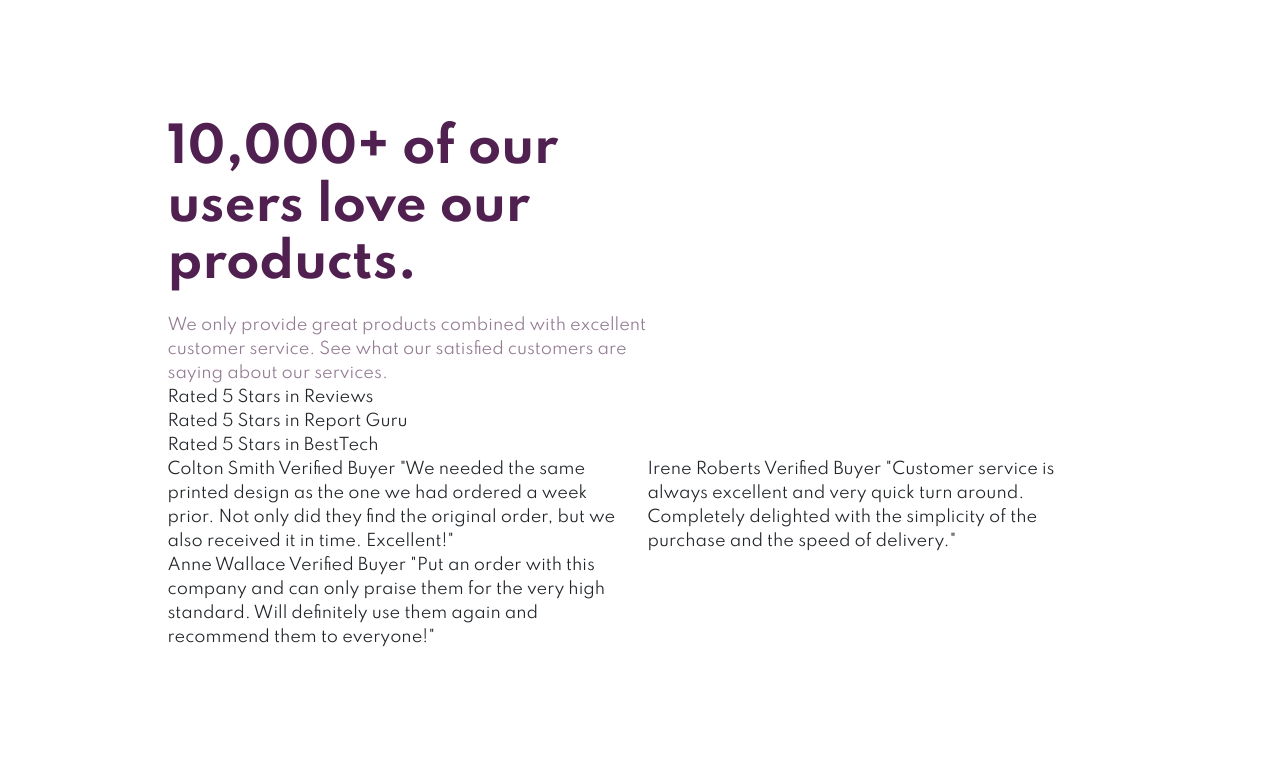
Repository: metehankasapp/social-proof-section-master
Page: index.html
An editor plug-in stored every save of this project. The page is shown before and after the next save, followed by the edit.
The browser window is 1280 px wide. The pictures show the whole page.
Some web libraries are served in a nearby version.

Above is the page before, as saved 2021-12-05 08:00:53.

### index.html
<!DOCTYPE html>
<html lang="en">

<head>
  <meta charset="UTF-8" />
  <meta name="viewport" content="width=device-width, initial-scale=1.0" />


  <title>Frontend Mentor | Social proof section</title>
  <link rel="preconnect" href="https://fonts.googleapis.com">
<link rel="preconnect" href="https://fonts.gstatic.com" crossorigin>
<link href="https://fonts.googleapis.com/css2?family=Spartan:wght@100;200;300;400;500;600;700;800;900&display=swap" rel="stylesheet">
  <link href="https://cdn.jsdelivr.net/npm/bootstrap@5.1.3/dist/css/bootstrap.min.css" rel="stylesheet"
    integrity="sha384-1BmE4kWBq78iYhFldvKuhfTAU6auU8tT94WrHftjDbrCEXSU1oBoqyl2QvZ6jIW3" crossorigin="anonymous">
  <link rel="stylesheet" href="style.css">
</head>

<body>
  <div class="main-ctr">
    <div class="w-100 row p-0 m-0">
      <div class="col-12 col-lg-6 header-area">
        <div class="header-purple">
          <h5>10,000+ of our users love our products.</h5>
        </div>

        <p class="m-0 header-text">
          We only provide great products combined with excellent customer service.
          See what our satisfied customers are saying about our services.
        </p>
      </div>

      <div class="col-12 col-lg-6">
        <div class="rate-container">
          Rated 5 Stars in Reviews
        </div>
        <div class="rate-container">
          Rated 5 Stars in Report Guru
        </div>
        <div class="rate-container">
          Rated 5 Stars in BestTech
        </div>
      </div>
    </div>

    <div class="w-100 row m-0 p-0 ">
      <div class="card-item col-12 col-lg-6">
        Colton Smith
        Verified Buyer
        "We needed the same printed design as the one we had ordered a week prior.
        Not only did they find the original order, but we also received it in time.
        Excellent!"
      </div>
      <div class="card-item col-12 col-lg-6">

        Irene Roberts
        Verified Buyer
        "Customer service is always excellent and very quick turn around. Completely
        delighted with the simplicity of the purchase and the speed of delivery."
      </div>
      <div class="card-item col-12 col-lg-6">

        Anne Wallace
        Verified Buyer
        "Put an order with this company and can only praise them for the very high
        standard. Will definitely use them again and recommend them to everyone!"
      </div>
    </div>
  </div>

  <script src="https://cdn.jsdelivr.net/npm/bootstrap@5.1.3/dist/js/bootstrap.bundle.min.js"
    integrity="sha384-ka7Sk0Gln4gmtz2MlQnikT1wXgYsOg+OMhuP+IlRH9sENBO0LRn5q+8nbTov4+1p" crossorigin="anonymous">
  </script>
  <script src="https://cdn.jsdelivr.net/npm/@popperjs/core@2.10.2/dist/umd/popper.min.js"
    integrity="sha384-7+zCNj/IqJ95wo16oMtfsKbZ9ccEh31eOz1HGyDuCQ6wgnyJNSYdrPa03rtR1zdB" crossorigin="anonymous">
  </script>
  <script src="https://cdn.jsdelivr.net/npm/bootstrap@5.1.3/dist/js/bootstrap.min.js"
    integrity="sha384-QJHtvGhmr9XOIpI6YVutG+2QOK9T+ZnN4kzFN1RtK3zEFEIsxhlmWl5/YESvpZ13" crossorigin="anonymous">
  </script>
</body>

</html>

### style.css
*{
    margin: 0;
    padding: 0;
    box-sizing: border-box;
}


html{
    font-size: 10px;
}

body{
    height: 100vh;
    font-size: 1.6rem;
    font-family: 'Spartan', sans-serif;
}

.main-ctr{
    padding: 12rem 16rem;
}

.header-area{
    width: 500px;
}
.header-purple h5{
    font-weight: 700;
    font-size: 48px;
    color: hsl(300, 43%, 22%);
    margin-bottom: 2rem;
}

.header-text{

    font-size: 16px;
    color: hsl(303, 10%, 53%);
}

After the next save:
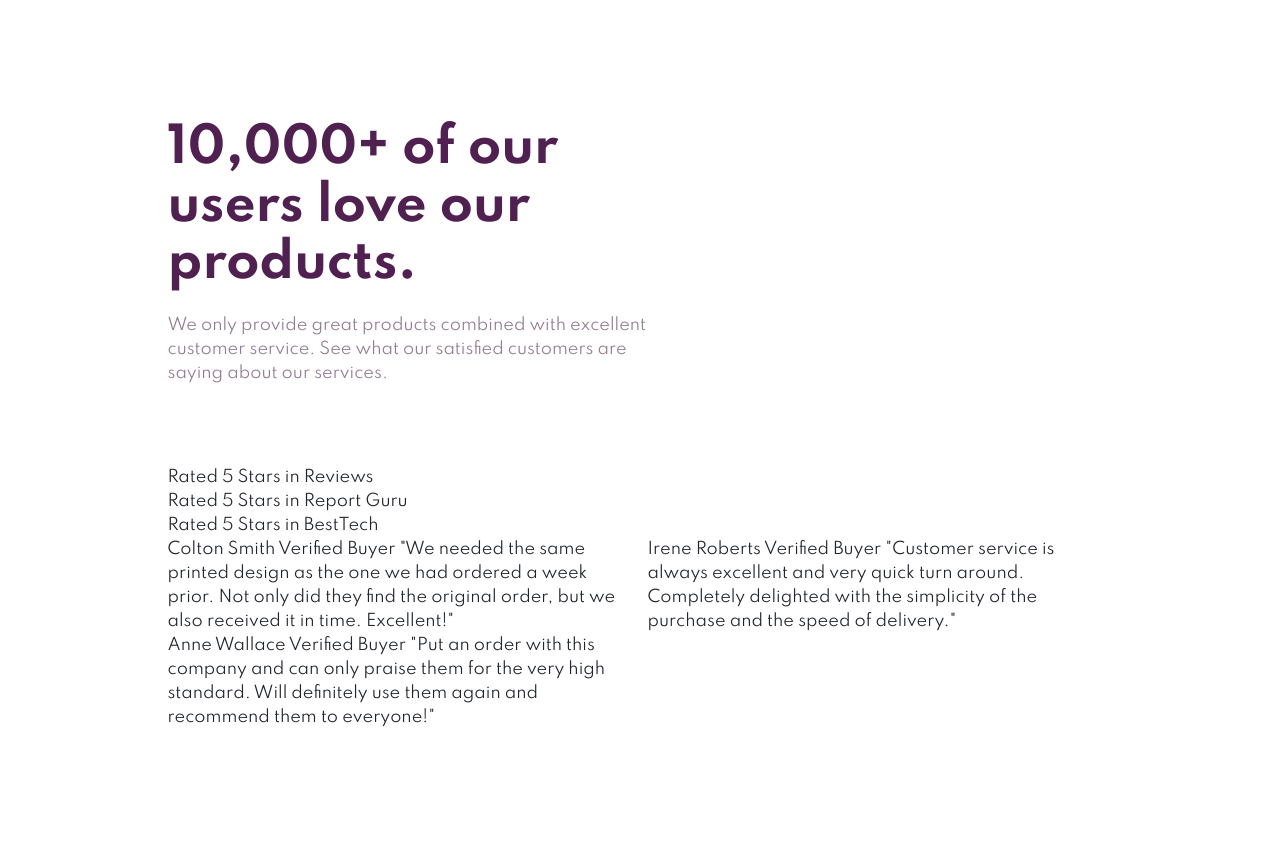
Saved 21 s later.
--- a/style.css
+++ b/style.css
@@ -21,6 +21,7 @@ body{
 
 .header-area{
     width: 500px;
+    margin-bottom: 8rem;
 }
 .header-purple h5{
     font-weight: 700;
